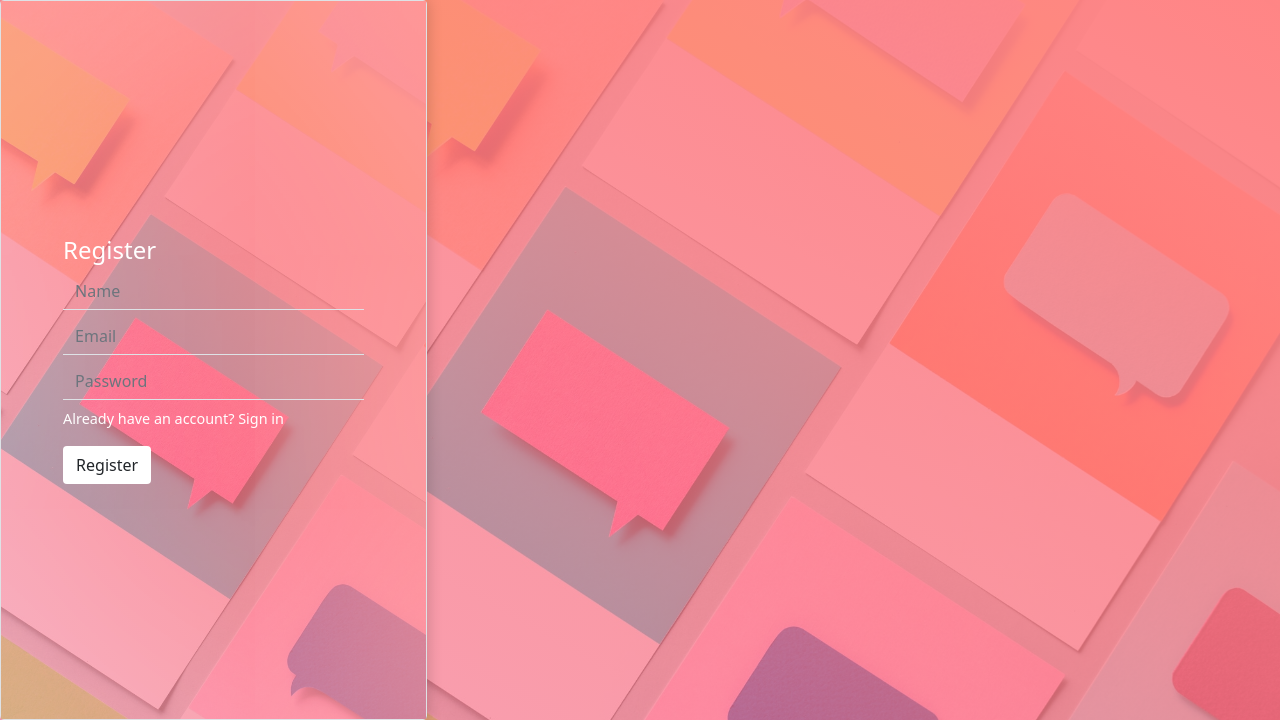
Repository: SaudCh/React-login
Page: /register
These files come from the project's save history. The page is drawn as it stood at one moment and after the next save; the edit follows.
The browser window is 1280 px wide. The pictures show the whole page.
The project was rebuilt for these pictures with package versions that can differ from the ones it lists, and the page was loaded fresh each time. Also part of the build but not shown: src/Components/Login/logincss.js, src/Components/Login/loginValidation.js, src/Components/Login/Login.jsx, src/Components/Home/Home.jsx.

Above is the page before, as saved 2022-02-06 12:06:39.

### src/App.js
import Login from './Components/Login/Login';
import Register from './Components/Register/Register'
import '../node_modules/bootstrap/dist/css/bootstrap.min.css'
import { Routes, Route } from 'react-router-dom'
import Home from './Components/Home/Home';

function App() {
  return (
    <Routes>
      <Route path="login" element={<Login />} />
      <Route path="register" element={<Register />} />
      <Route path="/" element={<Home />} />
      <Route path="*" element={<Register />} />
    </Routes >
  );
}

export default App;

### src/Components/Register/Register.jsx
import React, { useState } from "react";
import "./Register.css";
import { formStyle } from "./RegsiterCss";
import axios from "axios";
import { registrationValidation } from "./RegisterValidation";

export default function Register() {
  const [name, setName] = useState();
  const [email, setEmail] = useState();
  const [password, setPassword] = useState();
  const [error, setError] = useState("");

  const formSubmit = (e) => {
    setError("");
    e.preventDefault();
    const data = {
      name: name,
      email: email,
      password: password,
    };

    const errors = registrationValidation(data);

    console.log(Object.keys(errors).length);

    if (Object.keys(errors).length !== 0) {
      setError(errors);
      return;
    }

    axios
      .post("http://localhost:5000/api/user/register", data)
      .then(function (response) {
        console.log(response);
      })
      .catch(function (error) {
        let err;
        if (error.response) {
          err = error.response.data.message;
        } else if (error.request) {
          err = error.toJSON().message;
        } else {
          err = error.message;
        }
        setError({ api: err });
      });
  };

  return (
    <div>
      <div className="container-fluid">
        <div className="row background-image">
          <div className="col-10 col-md-4 background-text border rounded">
            <form onSubmit={formSubmit} className="col-9">
              {error.api && <p className="text-danger p-0 m-0">{error.api}</p>}
              <div className="my-2">
                <h4 className="text-white">Register </h4>
              </div>
              <div className="my-2">
                <input
                  type="text"
                  style={formStyle}
                  value={name}
                  onChange={(name) => setName(name.target.value)}
                  className="form-control border-bottom hlo"
                  id="name"
                  placeholder="Name"
                />
                {error.name && (
                  <p className="text-danger p-0 m-0">{error.name}</p>
                )}
              </div>
              <div className="form-group my-2">
                <input
                  style={formStyle}
                  value={email}
                  onChange={(email) => setEmail(email.target.value)}
                  type="email"
                  class="form-control border-bottom"
                  id="email"
                  placeholder="Email"
                />
                {error.email && (
                  <p className="text-danger p-0 m-0">{error.email}</p>
                )}
              </div>
              <div className="form-group my-2">
                <input
                  style={formStyle}
                  value={password}
                  onChange={(password) => setPassword(password.target.value)}
                  type="password"
                  class="form-control border-bottom"
                  id="password"
                  placeholder="Password"
                />
                {error.password && (
                  <p className="text-danger p-0 m-0">{error.password}</p>
                )}
              </div>
              <div className="my-2">
                <div>
                  <p className="text-white" style={{ fontSize: "0.9rem" }}>
                    Already have an account? <span>Sign in</span>
                  </p>
                </div>
                <button className="btn" style={{ backgroundColor: "white" }}>
                  Register
                </button>
              </div>
            </form>
          </div>
        </div>
      </div>
    </div>
  );
}

### src/Components/Login/Login.css
:root {
  --primary: rgba(254, 113, 145,0.6);
  --secondary: #ff8585;
}
.background-image {
  height: 100vh;
  width: 100vw;

  background: linear-gradient(to top right, var(--primary), var(--secondary)),
    url("../Images/back.jpg") no-repeat center center / cover;
}

.background-text {
  padding: 20px 0px;
  display: flex;
  justify-content: center;
  align-items: center;

  box-shadow: 0 0 1rem 0 rgba(0, 0, 0, 0.2);
  position: relative;
  background: inherit;
  z-index: 1;
}
.background-text::before {
  content: "";
  position: absolute;
  background: inherit;
  top: 0;
  bottom: 0;
  left: 0;
  right: 0;
  box-shadow: inset 0 0 2000px rgba(255, 255, 255, 0.3);
  /* filter: blur(1px); */
  z-index: -1;
}

input:hover,
input:active,
input:focus,
input:-webkit-autofill {
  outline: 0px !important;
  -webkit-appearance: none;
  box-shadow: none !important;
}
input:-webkit-autofill,
input:-webkit-autofill:focus {
  transition: background-color 600000s 0s, color 600000s 0s;
}

### src/Components/Register/Register.css
/* .background-image {
  background-image: linear-gradient(rgba(0, 0, 0, 0.2), rgba(0, 0, 0, 0.2)),
    url("../Images/back.jpg");
  background-position: center;
  background-repeat: no-repeat;
  background-size: cover;

  height: 100vh;
  justify-content: center;
  align-items: center;

  position: relative;
  z-index: 1;
}
.background-image::before {
  content: "";
  position: absolute;
  background: inherit;
  top: 0;
  bottom: 0;
  left: 0;
  right: 0;
  filter: blur(1px);
  z-index: -1;
} */

.background-text {
  padding: 20px 0px;
  display: flex;
  justify-content: center;
  align-items: center;

  box-shadow: 0 0 1rem 0 rgba(0, 0, 0, 0.2);
  position: relative;
  background: inherit;
  z-index: 1;
}
.background-text::before {
  content: "";
  position: absolute;
  background: inherit;
  top: 0;
  bottom: 0;
  left: 0;
  right: 0;
  box-shadow: inset 0 0 2000px rgba(255, 255, 255, 0.3);
  /* filter: blur(1px); */
  z-index: -1;
}

input:hover,
input:active,
input:focus,
input:-webkit-autofill {
  outline: 0px !important;
  -webkit-appearance: none;
  box-shadow: none !important;
}
input:-webkit-autofill,
input:-webkit-autofill:focus {
  transition: background-color 600000s 0s, color 600000s 0s;
}

### src/Components/Register/RegsiterCss.js
export const formStyle = {
    backgroundColor: "transparent",
    color: "white",
    border: "none",
    borderRadius: 0,
};

### src/Components/Register/RegisterValidation.js
export const registrationValidation = (data) => {
    let errors = {};

    if (!data.name) {
        errors.name = "Name is Required."
    }
    if (!data.email) {
        errors.email = "Email Is Required."
    }
    else if (!/\S+@\S+\.\S+/.test(data.email)) {
        errors.email = "Invalid Email"
    }
    if (!data.password) {
        errors.password = "Password is required."
    }
    else if (data.password.length < 6) {
        errors.password = "Password Must be more than Six Characters"
    }
    return errors;

}

Loaded but not shown: public/index.html (common file); src/index.js (common file); src/index.css (common file); src/reportWebVitals.js (common file)

After the next save:
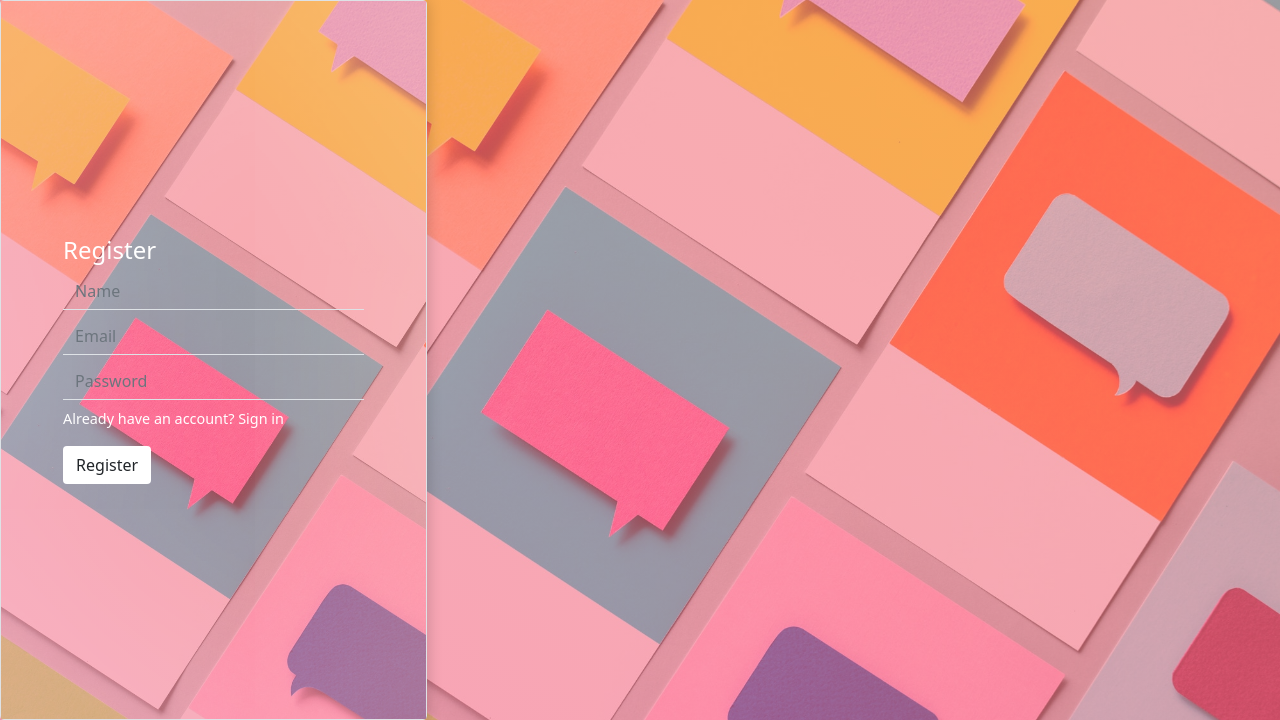
Saved 26 s later.
--- a/src/Components/Login/Login.css
+++ b/src/Components/Login/Login.css
@@ -1,6 +1,6 @@
 :root {
-  --primary: rgba(254, 113, 145,0.6);
-  --secondary: #ff8585;
+  --primary: rgba(254, 113, 145, 0.6);
+  --secondary: rgba(255, 133, 133,0.6);
 }
 .background-image {
   height: 100vh;
